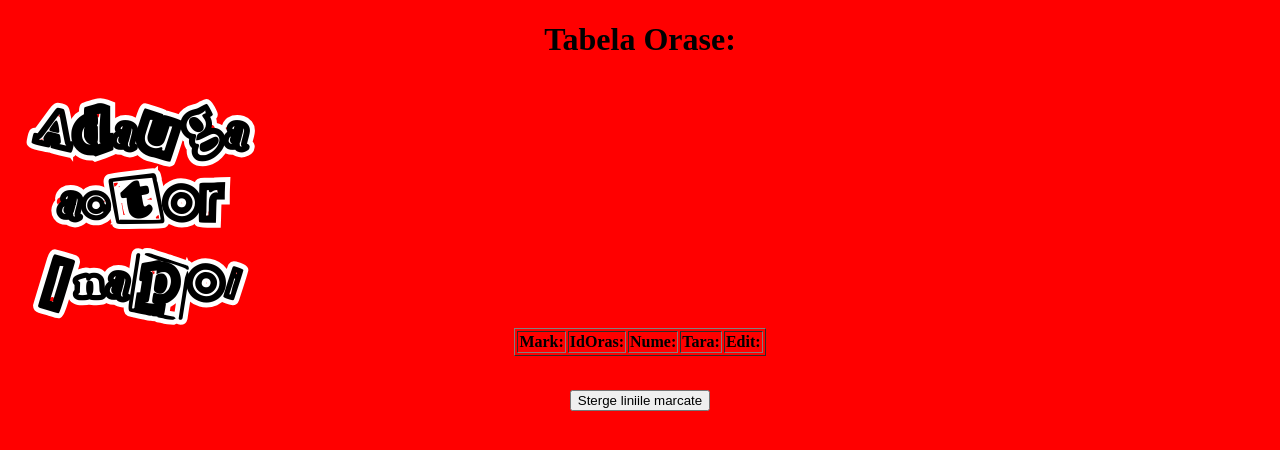
Repository: SusStefan/ActorDB
Page: http://localhost/Actori/tabela_orase.jsp
These files come from the project's save history. The page is drawn as it stood at one moment and after the next save; the edit follows.
The browser window is 1280 px wide. The pictures show the whole page.
The page is served by Tomcat 9. Queries for data that is not in the repository find no rows.

Above is the page before, as saved 2025-12-15 19:30:43.

After the next save:
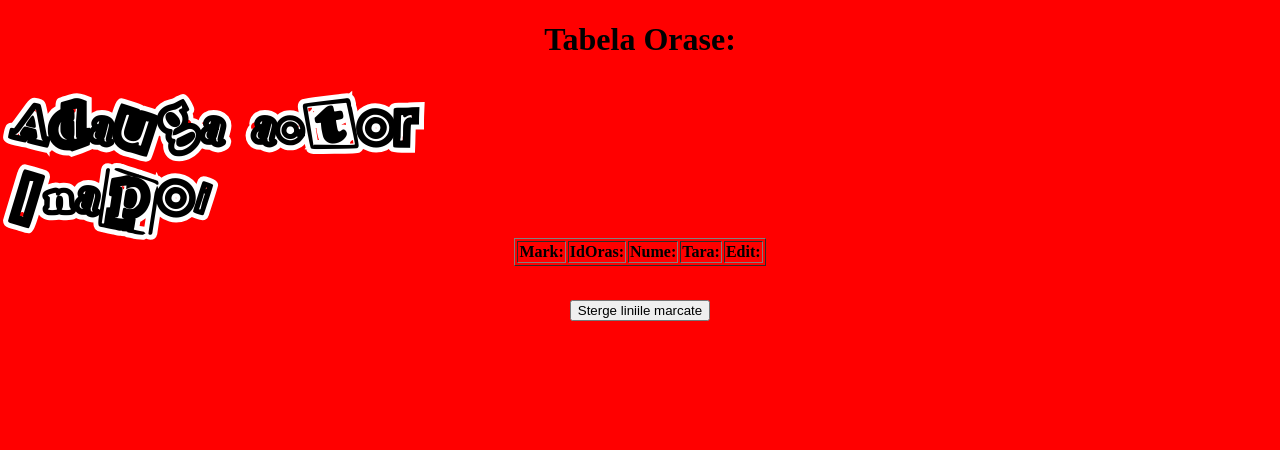
Saved 5 s later.
--- a/Actori/src/main/webapp/tabela_orase.jsp
+++ b/Actori/src/main/webapp/tabela_orase.jsp
@@ -13,10 +13,10 @@
  <h1 align="center"> Tabela Orase:</h1>
  <br/>
 <a href="adauga_actor.jsp">
-<div class="cssbutton "><b class="sway-text"><strong>Adauga actor</strong></b></div>
+<div class="cssbutton2 "><b class="sway-text"><strong>Adauga actor</strong></b></div>
 </a>
  <a href="index.html">
-<div class="cssbutton "><b class="sway-text"><strong>Inapoi</strong></b></div>
+<div class="cssbutton2 "><b class="sway-text"><strong>Inapoi</strong></b></div>
 </a>
  <form action="sterge_orase.jsp" method="post">
  <table border="1" align="center">
